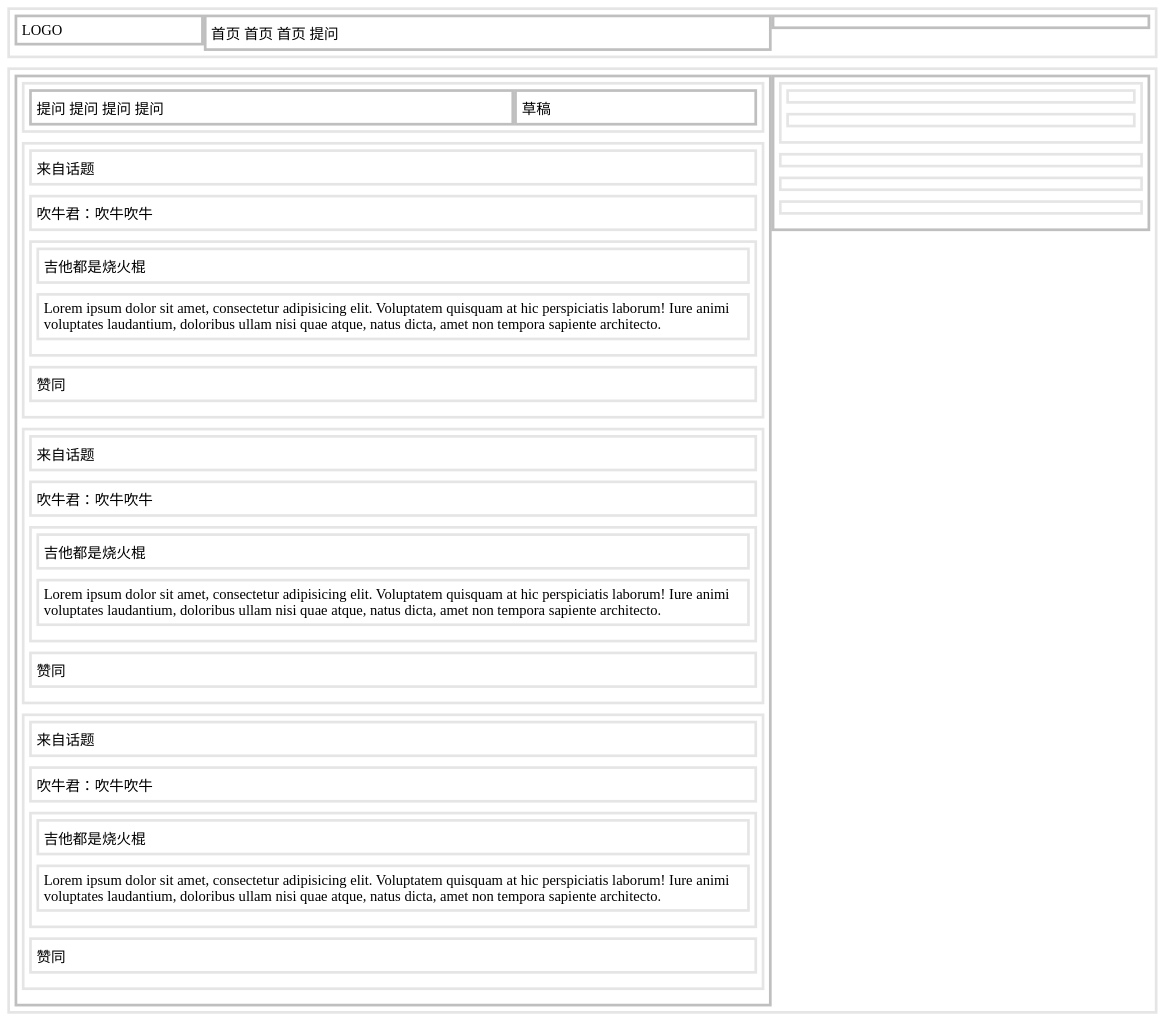
Repository: 0xbul1/biao-class-3
Page: practice/012-float-grid/zhihu.html
The author's editor kept a copy of each file at every save. The page is drawn from the files as they stood at one save, then again after the next save.
The browser window is 1280 px wide. The pictures show the whole page, at 91% of full size.

Above is the page before, as saved 2018-10-04 14:19:08.

After the next save:
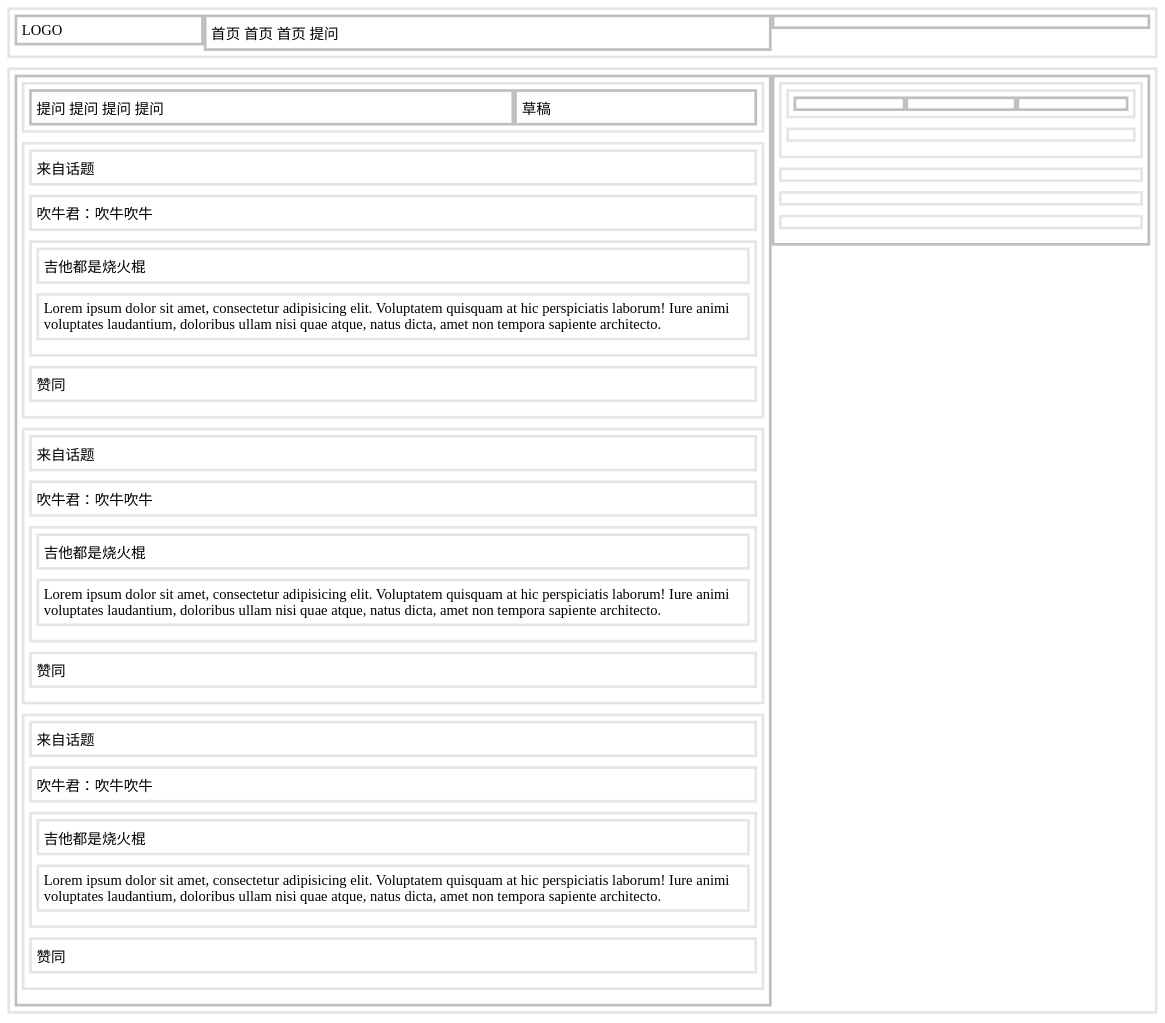
Saved 8 s later.
--- a/practice/012-float-grid/zhihu.html
+++ b/practice/012-float-grid/zhihu.html
@@ -108,7 +108,11 @@
     </div>
     <div class="col-4 sidebar">
         <div class="row">
-            <div class="row"></div>
+            <div class="row">
+                <div class="col-4"></div>
+                <div class="col-4"></div>
+                <div class="col-4"></div>
+            </div>
             <div class="row"></div>
         </div>
         <div class="row"></div>
